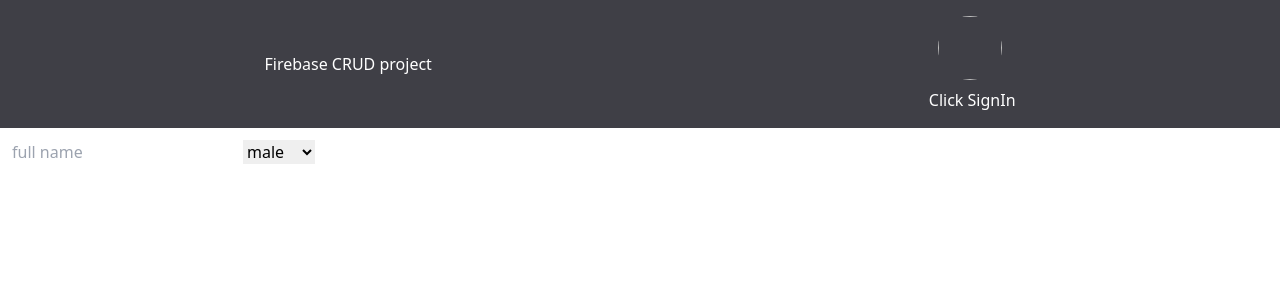
Repository: Semanmernstack/firebase-crud
Page: /
These files come from the project's save history. The page is drawn as it stood at one moment and after the next save; the edit follows.
The browser window is 1280 px wide. The pictures show the whole page.
The project was rebuilt for these pictures with package versions that can differ from the ones it lists, and the page was loaded fresh each time.

Above is the page before, as saved 2023-03-17 01:34:59.

### src/index.css
body {
  margin: 0;

}

@tailwind base;
@tailwind components;
@tailwind utilities;

### src/App.js



import Body from "./components/Body";
import Header from "./components/Header";





function App() {

  return (
    <div className="">
      <Header/>
      <Body/>
    </div>
  );
}

export default App;

### src/components/Body.js
import React from 'react'

function Body() {
  return (
    <div className="p-3">
        <form >
            <div>
                <input type="text" placeholder='full name' />
                <select name="bb" i>
                    <option value="bb">male</option>
                    <option value="bb">female</option>
                </select>
            </div>

        </form>
    </div>
  )
}

export default Body

### src/components/Header.js


import Login from "./Login"


function Header() {
  const [user, setUser] = ("")


  return (
    <nav className="flex items-center justify-around bg-zinc-700 text-white p-4">
        <div>
            <h1> Firebase CRUD project</h1>
        </div>
        <Login/>

    </nav>


  )
}

export default Header

### src/components/Login.js
import { onAuthStateChanged, signInWithPopup } from 'firebase/auth'
import React, { useEffect, useState } from 'react'
import { auth, provider } from '../firebase.'


function Login() {
    const [user, setUser] = useState("")
    useEffect(() => {

        onAuthStateChanged(auth, (user) => {
            console.log(user)
          if (user) {
            setUser(user)
          }
        })

      }, [])





    const signIn = () => {
       try {
            signInWithPopup(auth, provider)
       }
       catch (error) {
            alert(error.message)
       }
    }
  return (
    <div className="flex flex-col items-center gap-2">
        <div className="flex gap-1 items-center">
            <img className='rounded-full h-16 w-16' src={user.photoURL} alt="" />
            <h1>{user?.displayName}</h1>
        </div>
        <div>
            <button onClick={signIn} >Click SignIn</button>
        </div>



    </div>
  )
}

export default Login

### src/firebase..js
import { initializeApp } from "firebase/app";
import { getAuth, GoogleAuthProvider } from "firebase/auth";
import { getFirestore } from "firebase/firestore";
// TODO: Add SDKs for Firebase products that you want to use
// https://firebase.google.com/docs/web/setup#available-libraries

// Your web app's Firebase configuration
const firebaseConfig = {
  apiKey: "AIzaSyBgS0aivKoq6PRjPIzLlCpHxI0D8M1DMtw",
  authDomain: "school-81c7d.firebaseapp.com",
  projectId: "school-81c7d",
  storageBucket: "school-81c7d.appspot.com",
  messagingSenderId: "524069258489",
  appId: "1:524069258489:web:11c09d32a06e9a8b970e28"
};

// Initialize Firebase
const app = initializeApp(firebaseConfig);
const auth = getAuth(app);
const provider = new GoogleAuthProvider();

export { auth, provider }

Loaded but not shown: public/index.html (common file); src/index.js (common file); src/reportWebVitals.js (common file); tailwind.config.js (common file)

After the next save:
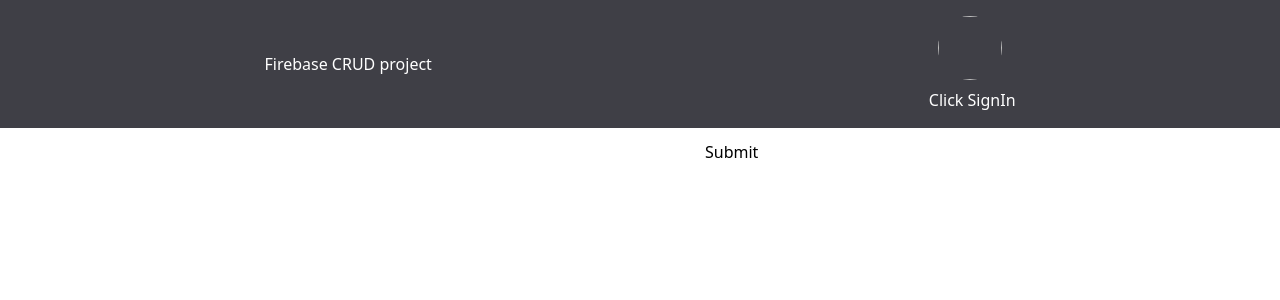
Saved 11 min 7 s later.
--- a/src/components/Body.js
+++ b/src/components/Body.js
@@ -1,17 +1,21 @@
 import React from 'react'
+import { useForm } from 'react-hook-form';
 
 function Body() {
+    const {
+        register,
+        handleSubmit,
+        formState: { errors },
+    } = useForm();
   return (
     <div className="p-3">
-        <form >
-            <div>
-                <input type="text" placeholder='full name' />
-                <select name="bb" i>
-                    <option value="bb">male</option>
-                    <option value="bb">female</option>
-                </select>
-            </div>
-
+        <form onSubmit={handleSubmit((data) => console.log(data))}>
+        <input {...register('firstName')} />
+        <input {...register('lastName', { required: true })} />
+        {errors.lastName && <p>Last name is required.</p>}
+        <input {...register('age', { pattern: /\d+/ })} />
+        {errors.age && <p>Please enter number for age.</p>}
+        <input type="submit" />
         </form>
     </div>
   )
